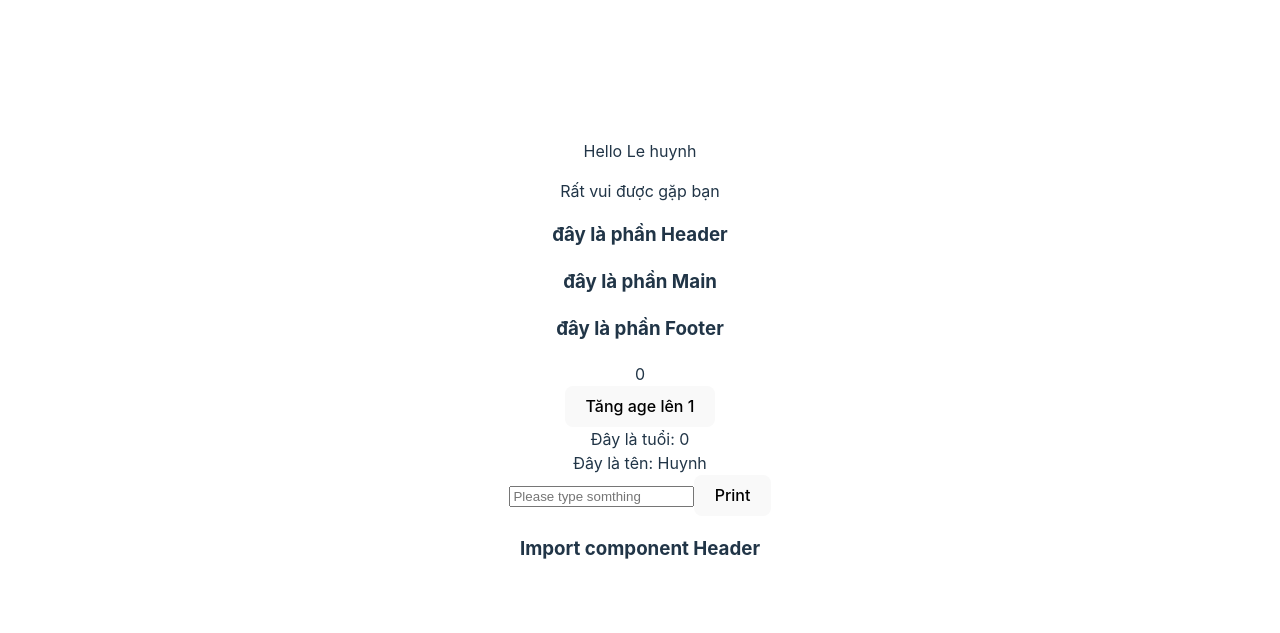
Repository: Lehuyhuynh/BT_ReactJs
Page: /product (app in vite-project/)
The author's editor kept a copy of each file at every save. The page is drawn from the files as they stood at one save, then again after the next save.
The browser window is 1280 px wide. The pictures show the whole page.
The project was rebuilt for these pictures with package versions that can differ from the ones it lists, and the page was loaded fresh each time. Also part of the build but not shown: vite-project/vite.config.js.

Above is the page before, as saved 2023-09-25 15:31:36.

### vite-project/src/App.jsx
import HelloWorld from "./BaiHoc9/HelloWorld";
import BTH2 from "./BaiHoc9/BTH2";
import BTH3 from "./BaiHoc9/BTH3.JSX";
import BTH4 from "./BaiHoc9/BTH4";
import BT1 from "./BaiHoc9/BT1";
import UserForm from "./BaiHoc9/UserForm";
import Greeting from "./BaiHoc9/Greeting";
import "./App.css";

function App() {
  return (
    <>
      <HelloWorld></HelloWorld>
      <BTH2></BTH2>
      <BTH3></BTH3>
      <BTH4></BTH4>
      <BT1></BT1>

      <UserForm></UserForm>
      <Greeting></Greeting>
    </>
  );
}

export default App;

### vite-project/src/BaiHoc9/HelloWorld.jsx
function HelloWorld() {
  const user = {
    ho: "Le",
    name: "huynh",
  };
  return (
    <div>
      Hello {user.ho} {user.name}
      <p>Rất vui được gặp bạn</p>
    </div>
  );
}
export default HelloWorld;

### vite-project/src/BaiHoc9/BTH2.jsx
function BTH2() {
  return (
    <div>
      <h3>đây là phần Header</h3>
      <h3>đây là phần Main</h3>
      <h3>đây là phần Footer</h3>
    </div>
  );
}
export default BTH2;

### vite-project/src/BaiHoc9/BTH3.JSX
import { useState } from "react";

const DemoComponent = (props) => {
  console.log(3, props);
  return (
    <div>
      <div>Đây là tuổi: {props.age}</div>
      <div>Đây là tên: {props.displayName}</div>
    </div>
  );
};
function BTH3() {
  const [age, setAge] = useState(0);
  const [name, setName] = useState("Huynh");

  const onIncreaseAge = () => {
    setAge(age + 1);
    setName();
  };

  return (
    <div className="container">
      <div>{age}</div>
      <button onClick={onIncreaseAge}>Tăng age lên 1</button>
      <DemoComponent age={age} displayName={name} />
    </div>
  );
}
export default BTH3;

### vite-project/src/BaiHoc9/BTH4.jsx
import { useState } from "react";

function BTH4() {
  const [userInput, setUserInput] = useState("");
  const handleInputChange = (e) => {
    setUserInput(e.target.value);
    console.log(5, setUserInput(e.target.value));
  };
  const handleButtonClick = () => {
    alert(userInput);
  };
  return (
    <div>
      <input
        type="text"
        name="user"
        placeholder="Please type somthing"
        onChange={handleInputChange}
      />
      <button onClick={handleButtonClick}>Print</button>
    </div>
  );
}
export default BTH4;

### vite-project/src/BaiHoc9/BT1.jsx
function BT1() {
  return <h3> Import component Header</h3>;
}
export default BT1;

### vite-project/src/BaiHoc9/UserForm.jsx
function UserForm() {
  return;
}
export default UserForm;

### vite-project/src/BaiHoc9/Greeting.jsx
function Greeting() {
  return;
}
export default Greeting;

Loaded but not shown: vite-project/index.html (common file); vite-project/src/main.jsx (common file); vite-project/src/index.css (common file); vite-project/src/App.css (common file)

After the next save:
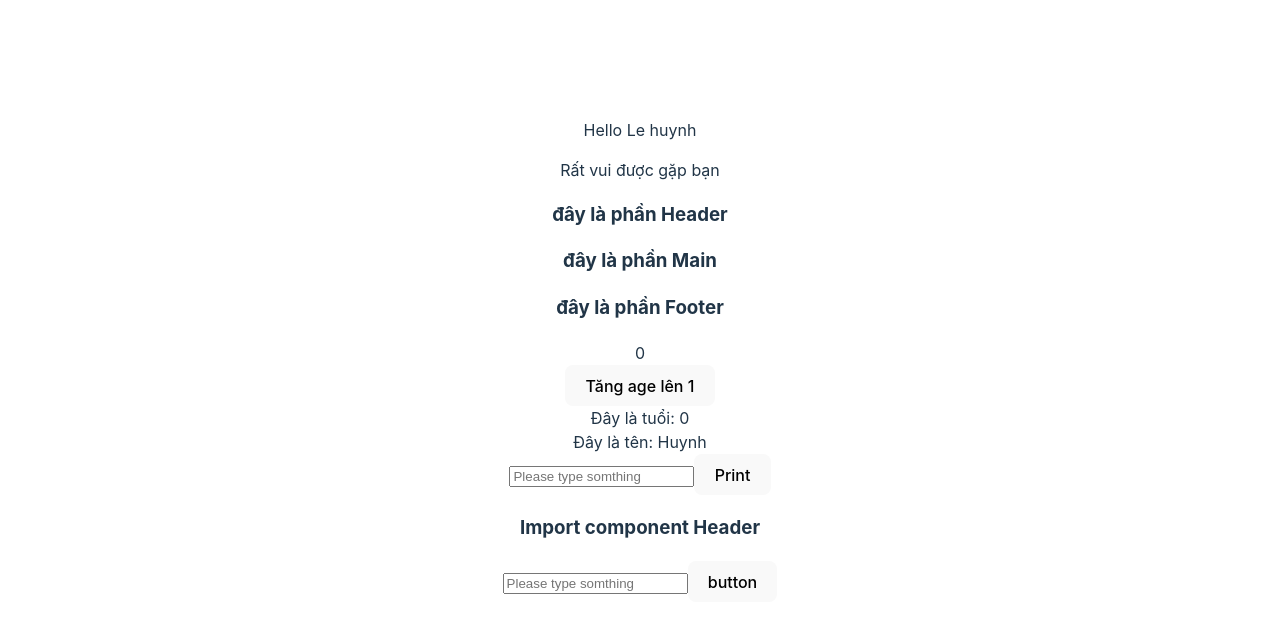
Saved 20 min 37 s later.
--- a/vite-project/src/BaiHoc9/UserForm.jsx
+++ b/vite-project/src/BaiHoc9/UserForm.jsx
@@ -1,4 +1,23 @@
+import { useState } from "react";
+
 function UserForm() {
-  return;
+  const [userInput, setuserInput] = useState("");
+  const handleInputChange = (e) => {
+    setuserInput(e.target.value);
+  };
+  const handleButtonClick = (e) => {
+    alert(userInput);
+  };
+  return (
+    <div>
+      <input
+        type="text"
+        name="user"
+        placeholder="Please type somthing"
+        onChange={handleInputChange}
+      />
+      <button onClick={handleButtonClick}>button</button>
+    </div>
+  );
 }
 export default UserForm;
